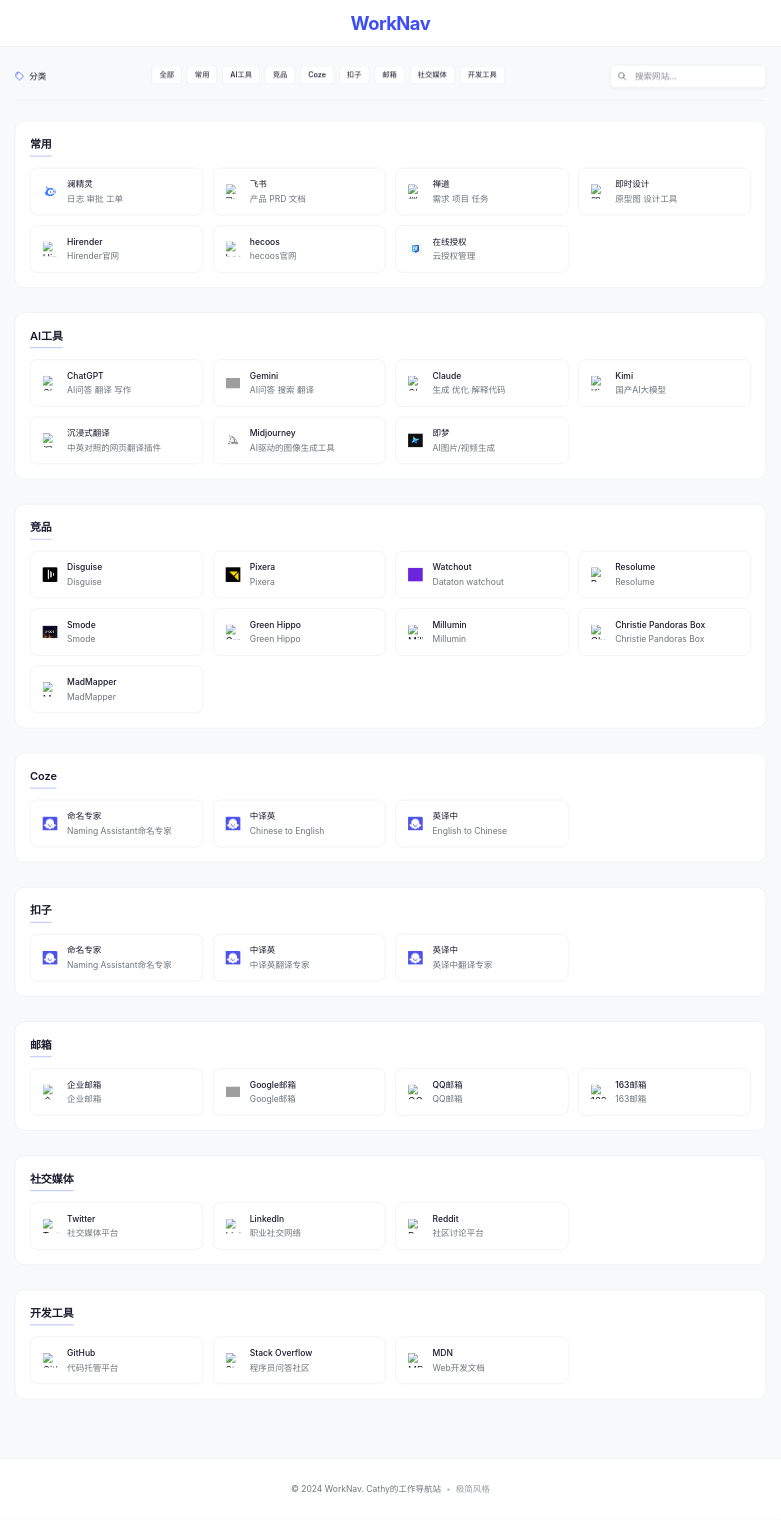
Repository: SweetPomelo0/WorkNav
Page: /
These files come from the project's save history. The page is drawn as it stood at one moment and after the next save; the edit follows.
The browser window is 1280 px wide. The pictures show the whole page, at 61% of full size.
Pictures or frames that could not be fetched are drawn as grey boxes. The project was rebuilt for these pictures with package versions that can differ from the ones it lists, and the page was loaded fresh each time. The framework's server and built-in components were replaced by stand-ins that run in the browser. Also part of the build but not shown: next.config.ts.

Above is the page before, as saved 2025-07-26 22:56:44.

After the next save:
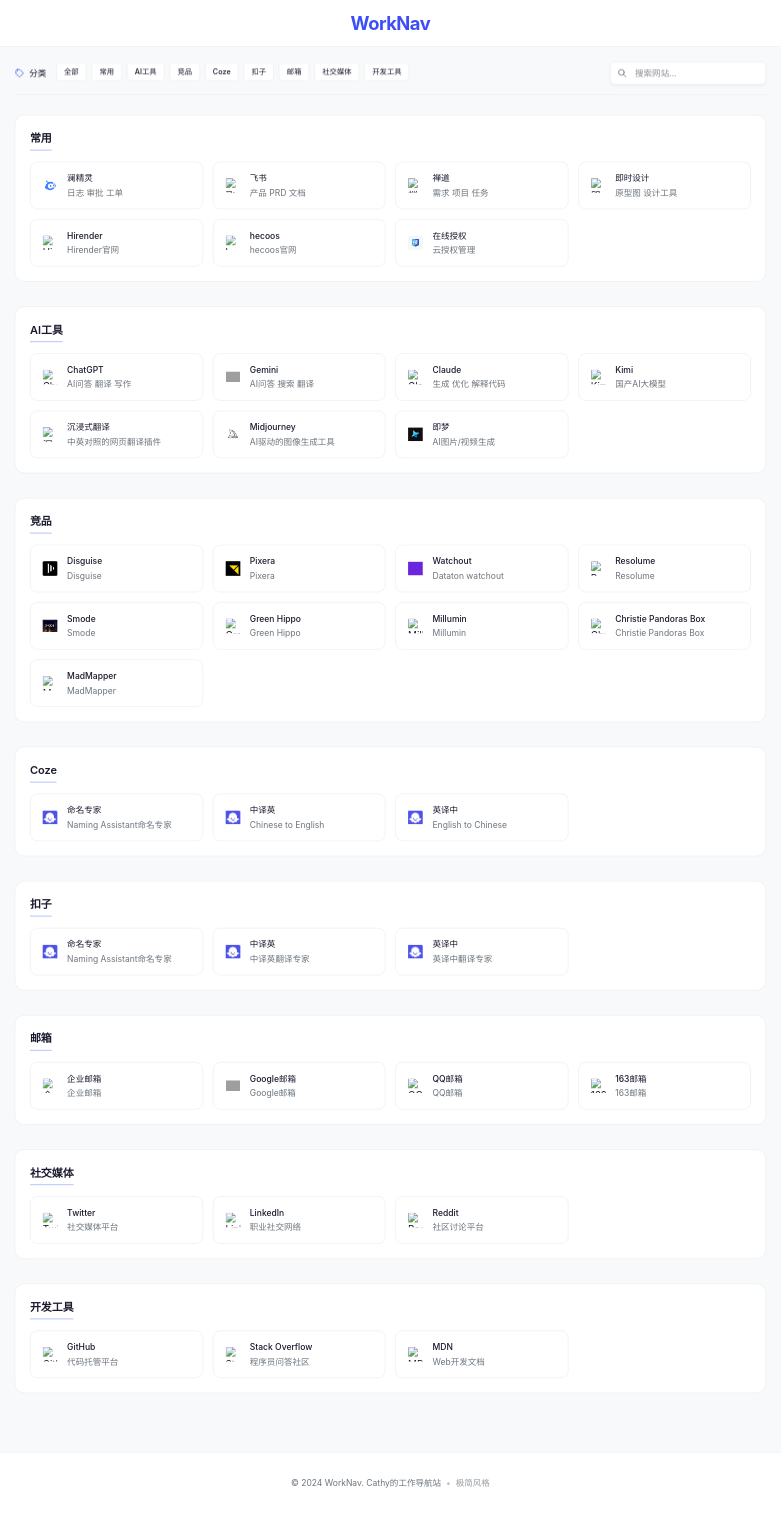
Saved 11 s later.
--- a/src/app/page.tsx
+++ b/src/app/page.tsx
@@ -110,17 +110,17 @@
 
       {/* Category Navigation */}
       <div className="sticky top-0 z-10 mt-3 category-nav-container" style={{ background: 'rgba(var(--background-rgb), 0.9)', backdropFilter: 'blur(10px)' }}>
-        <div className="max-w-7xl mx-auto px-4 md:px-6 py-3 md:py-4 overflow-x-auto">
-          <div className="flex items-center justify-center min-h-[40px]">
+        <div className="max-w-7xl mx-auto px-4 md:px-6 py-2 md:py-3 overflow-x-auto">
+          <div className="flex items-center">
             <div className="flex-shrink-0 mr-2 md:mr-4">
-              <div className="flex items-center justify-center h-full">
+              <div className="flex items-center">
                 <svg xmlns="http://www.w3.org/2000/svg" className="h-4 w-4 mr-1 md:mr-2" fill="none" viewBox="0 0 24 24" stroke="currentColor" style={{ color: 'var(--accent)' }}>
                   <path strokeLinecap="round" strokeLinejoin="round" strokeWidth={2} d="M7 7h.01M7 3h5c.512 0 1.024.195 1.414.586l7 7a2 2 0 010 2.828l-7 7a2 2 0 01-2.828 0l-7-7A1.994 1.994 0 013 12V7a4 4 0 014-4z" />
                 </svg>
                 <span className="hidden sm:inline text-sm font-medium" style={{ color: 'var(--text-primary)' }}>分类</span>
               </div>
             </div>
-            <div className="flex items-center space-x-1 md:space-x-2 overflow-x-auto pb-1 category-scrollbar flex-grow justify-center">
+            <div className="flex space-x-1 md:space-x-2 overflow-x-auto pb-1 category-scrollbar flex-grow">
               <a
                 href="#"
                 onClick={(e) => {
@@ -163,7 +163,7 @@
             </div>
 
             {/* Search Box */}
-            <div className="flex-shrink-0 ml-2 md:ml-4 flex items-center justify-center h-full">
+            <div className="flex-shrink-0 ml-2 md:ml-4">
               {/* 桌面端搜索框 */}
               <div className="hidden md:block relative">
                 <div className="absolute inset-y-0 left-0 pl-3 flex items-center pointer-events-none">
